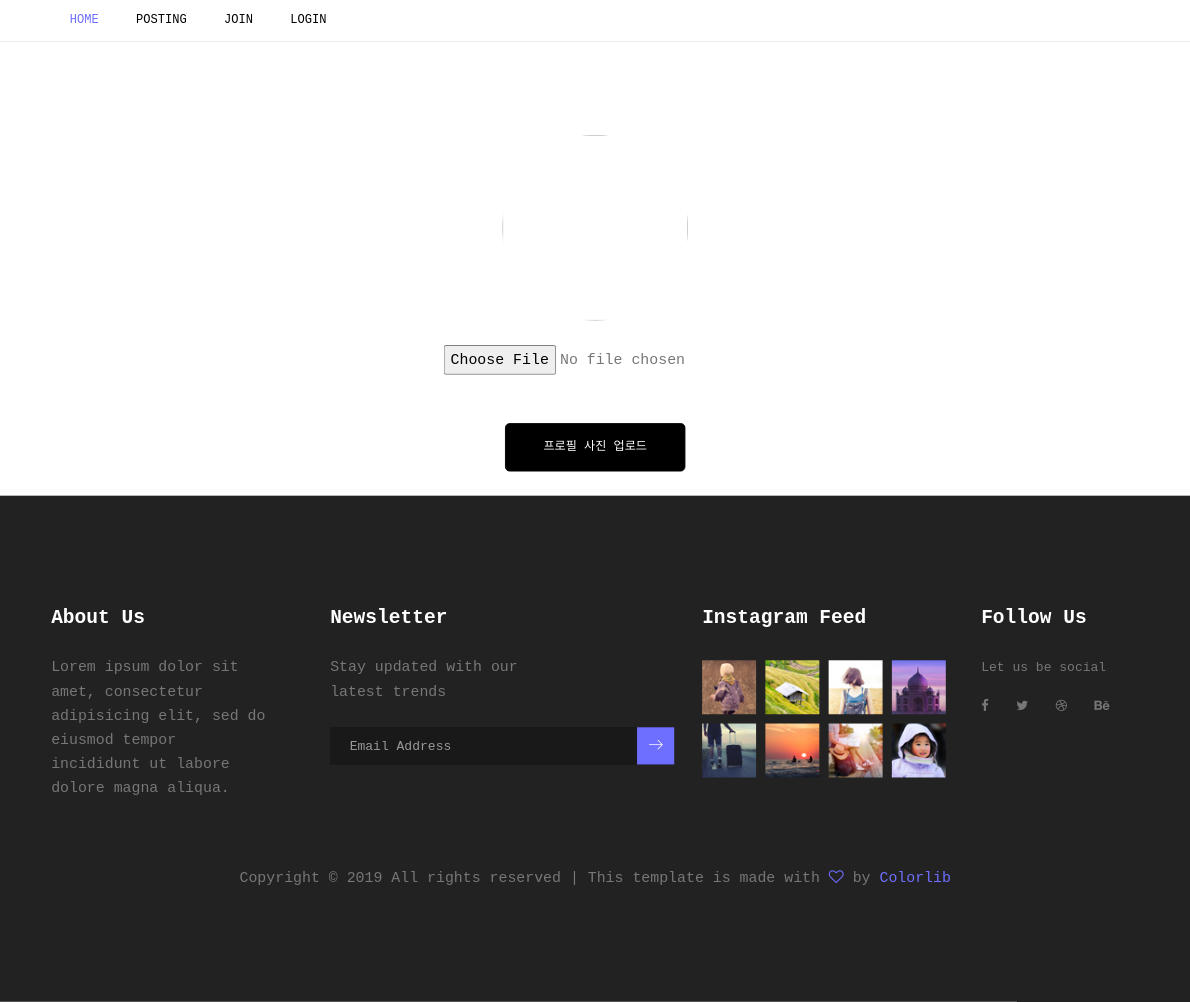
Repository: cwj2306/blog_project_2
Page: http://localhost/blog/user/userProfileForm.jsp
The author's editor kept a copy of each file at every save. The page is drawn from the files as they stood at one save, then again after the next save.
The browser window is 1280 px wide. The pictures show the whole page, at 93% of full size.
Some web fonts or font styles are not loaded; a fallback is used. The page is served by Tomcat 9.

Above is the page before, as saved 2019-11-12 06:30:29.

After the next save:
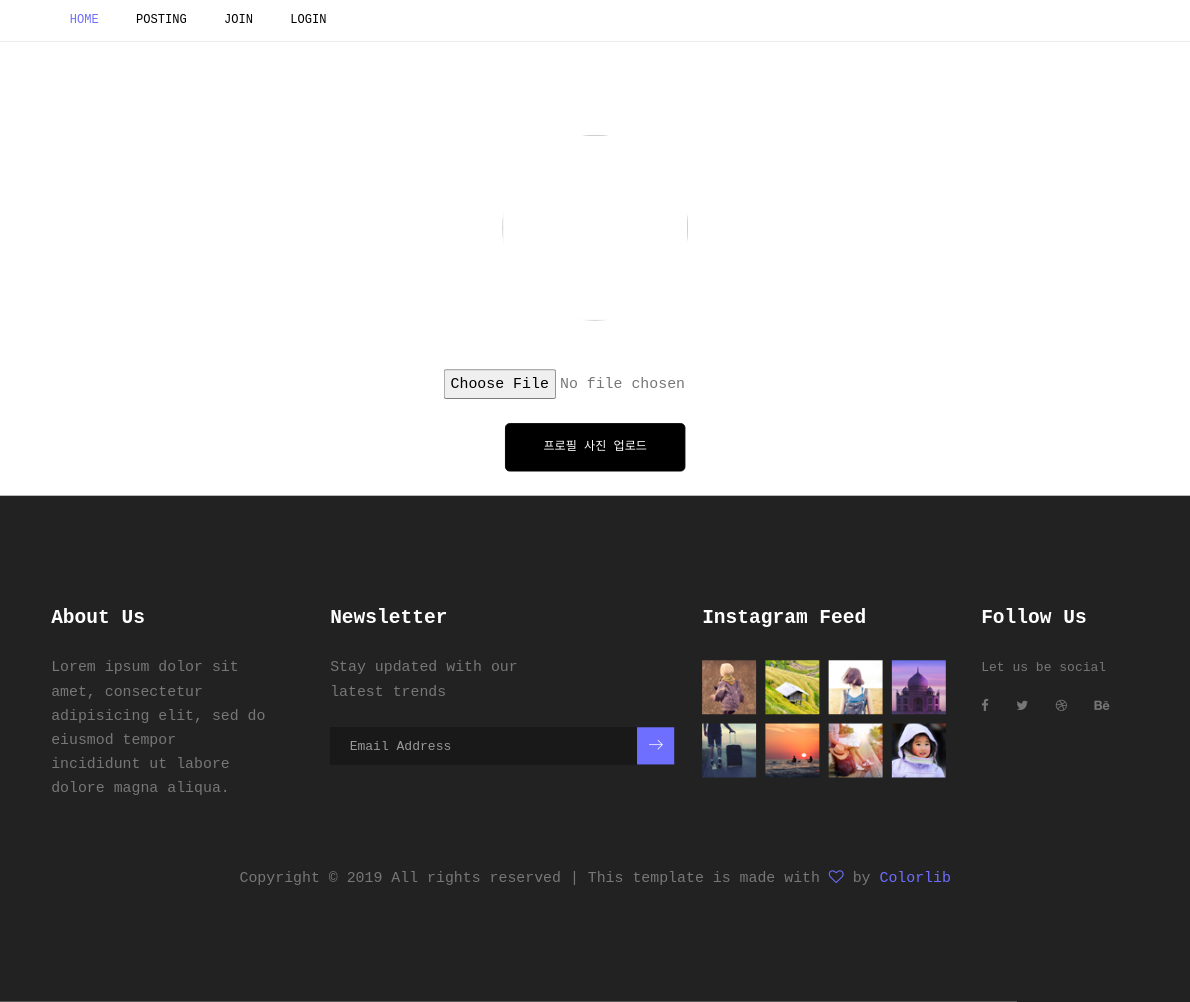
Saved 13 s later.
--- a/blog/WebContent/user/userProfileForm.jsp
+++ b/blog/WebContent/user/userProfileForm.jsp
@@ -8,13 +8,13 @@
 
 				<div class="col-md-12 text-center">
 					<img id="img__wrap" width="200px" height="200px" style="border-radius: 50%;"/>
-				</div><br/>
+				</div><br/><br/>
 
 				<!-- enctype는 mime타입에서 찾아봐서 써주자 -->
 				<form action="/blog/user?cmd=uploadProfileImg" method="POST" enctype="multipart/form-data">
 					<div class="col-md-12 text-center">
-						<input id="img__input" type="file" name="userProfile" /><br /></br></br>
-						<input type="submit" class="btn submit_btn" value="프로필 사진 업로드" /></br></br>
+						<input id="img__input" type="file" name="userProfile" /><br/><br/>
+						<input type="submit" class="btn submit_btn" value="프로필 사진 업로드" /><br/><br/>
 					</div>
 				</form>
 
